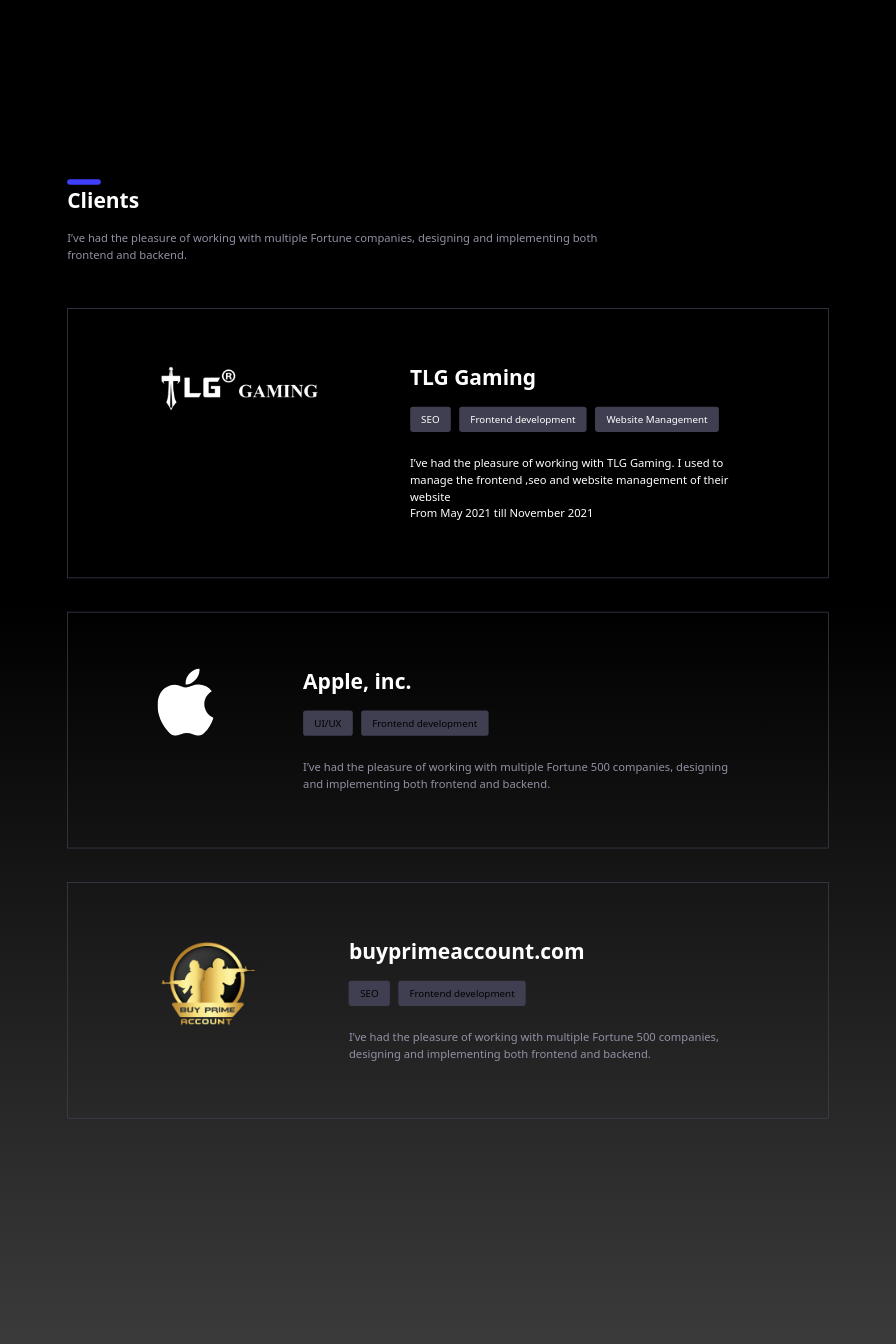
Repository: Alex0715/portfolio
Page: /components/client
The author's editor kept a copy of each file at every save. The page is drawn from the files as they stood at one save, then again after the next save.
The browser window is 1280 px wide. The pictures show the part of the page from y = 0 to 1920 px (the page is 5756 px tall), at 70% of full size.
The project was rebuilt for these pictures with package versions that can differ from the ones it lists, and the page was loaded fresh each time. The framework's server and built-in components were replaced by stand-ins that run in the browser. Also part of the build but not shown: next.config.js.

Above is the page before, as saved 2022-02-04 02:18:45.

After the next save:
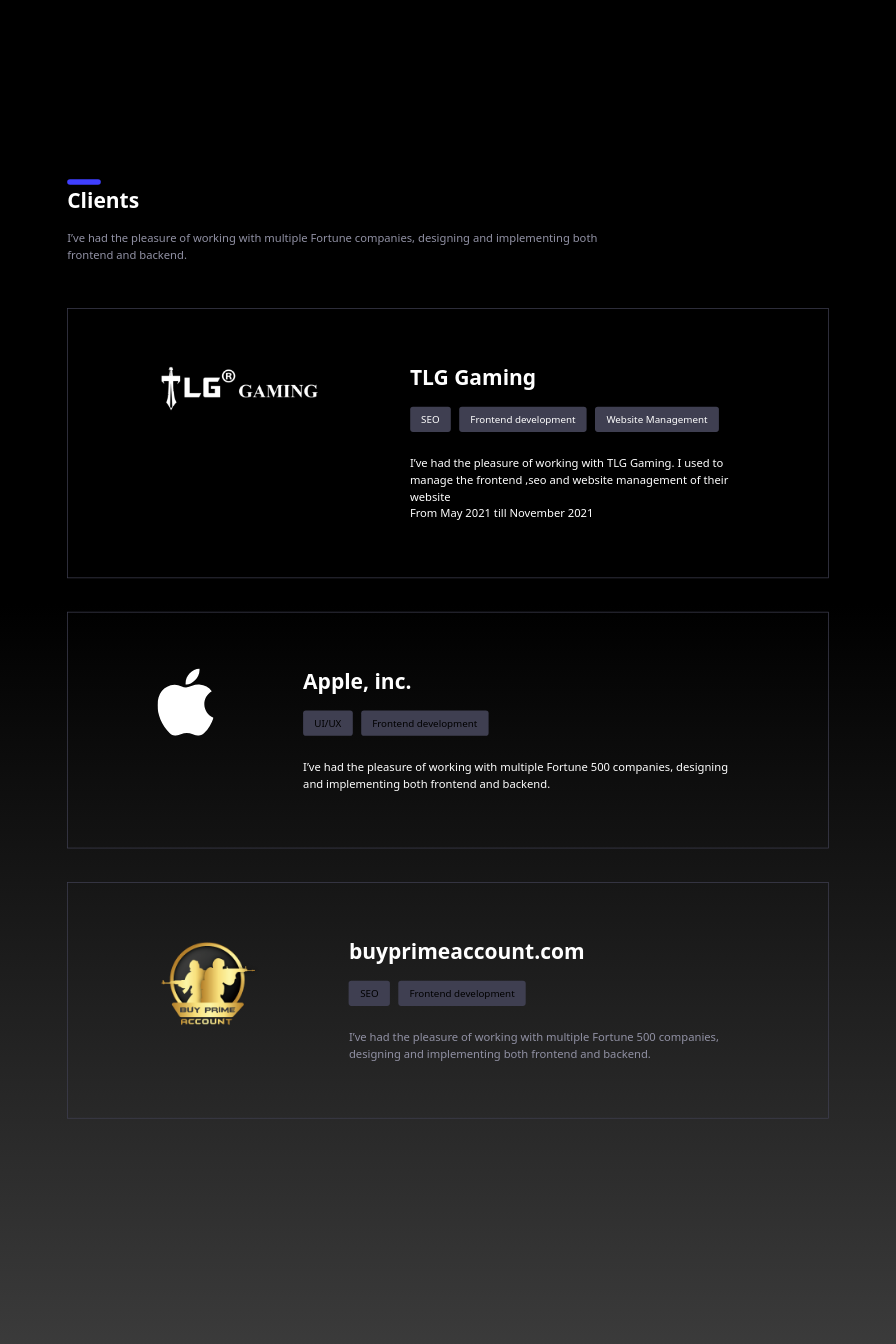
Saved 20 s later.
--- a/pages/components/client.js
+++ b/pages/components/client.js
@@ -45,7 +45,7 @@
                       <div className="badge">Frontend development</div>
                   </div>
 
-                  <p className="text-secondary">I’ve had the pleasure of working with multiple Fortune 500 companies, designing and implementing both frontend and backend.</p>
+                  <p className="text-white">I’ve had the pleasure of working with multiple Fortune 500 companies, designing and implementing both frontend and backend.</p>
               </div>
 
           </div>
